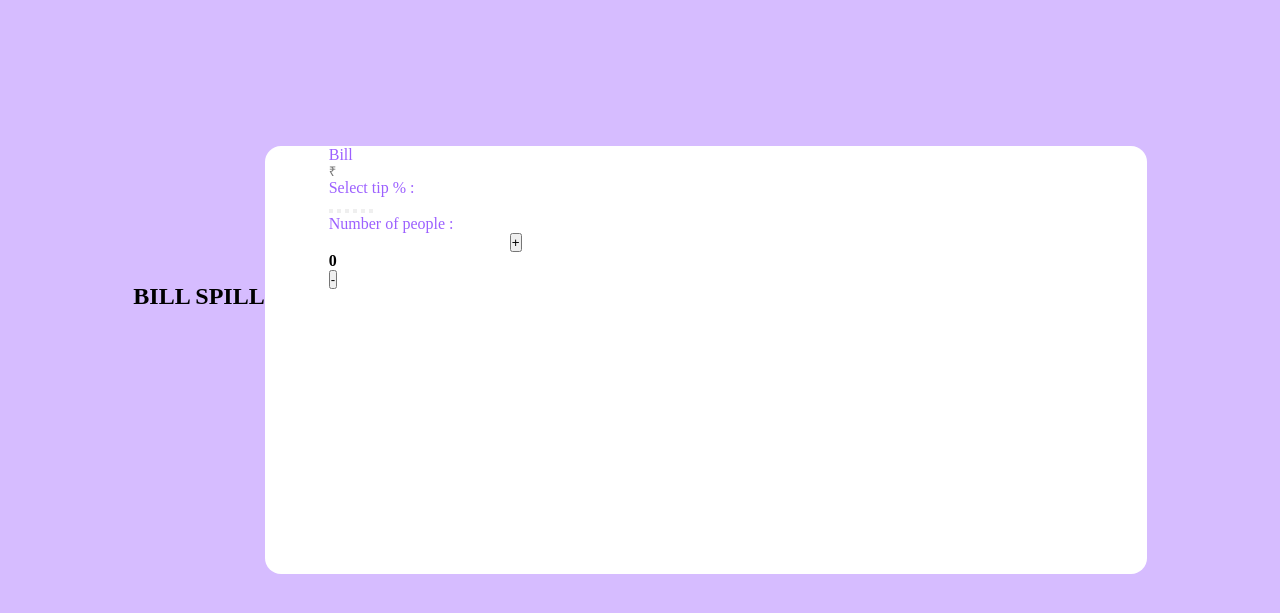
Repository: drumsmanku/micro-project-3
Page: index.html
The author's editor kept a copy of each file at every save. The page is drawn from the files as they stood at one save, then again after the next save.
The browser window is 1280 px wide. The pictures show the whole page.

Above is the page before, as saved 2023-04-17 14:01:43.

After the next save:
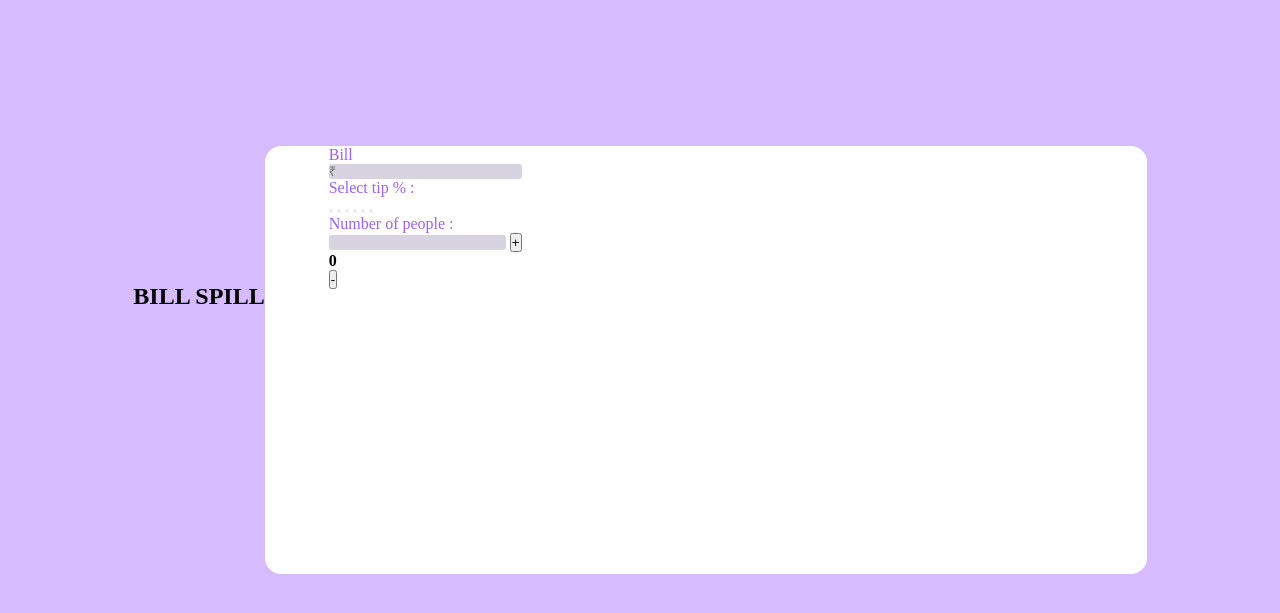
Saved 19 s later.
--- a/styles.css
+++ b/styles.css
@@ -40,6 +40,7 @@ main>h2{
 input{
   border-radius: 0.2rem;
   border: none;
+  background-color: rgba(182, 172, 196, 0.53);;
 }
 label{
   color: #9C60FF;
